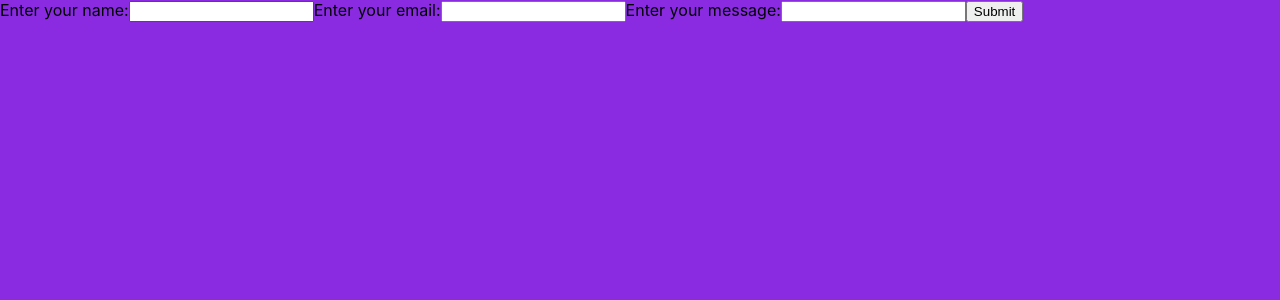
Repository: AddamVictorioDev/ProfileWebsite
Page: /form (app in con/)
These files come from the project's save history. The page is drawn as it stood at one moment and after the next save; the edit follows.
The browser window is 1280 px wide. The pictures show the whole page.
The project was rebuilt for these pictures with package versions that can differ from the ones it lists, and the page was loaded fresh each time. Also part of the build but not shown: con/src/App.css, con/src/home.css, con/src/home.js, con/src/addam.js, con/src/usescripts.js, con/src/projects.css, con/src/projects.js.

Above is the page before, as saved 2023-03-16 18:23:59.

### con/src/index.css
body {
  margin: 0;
  font-family: -apple-system, BlinkMacSystemFont, 'Segoe UI', 'Roboto', 'Oxygen',
    'Ubuntu', 'Cantarell', 'Fira Sans', 'Droid Sans', 'Helvetica Neue',
    sans-serif;
  -webkit-font-smoothing: antialiased;
  -moz-osx-font-smoothing: grayscale;
  /* background-image: url("/Users/addamvictorio/con/src/waterdropwallpp.jpg"); */
  /* background-color: #ffffff; */

}

code {
  font-family: source-code-pro, Menlo, Monaco, Consolas, 'Courier New',
    monospace;
}

### con/src/App.js
import logo from './logo.svg';
import './App.css';
import HomePage from './home';
import Addam from './addam';

import {
  BrowserRouter,
  Routes,
  Route
} from "react-router-dom";
import Projects from './projects';
import MyForm from './form';

function App() {

  return (

    <BrowserRouter>
      <Routes>


      <Route exact path="/" element={<Addam />}  />
      <Route path="projects" element={<Projects />} />
      <Route path="form" element={<MyForm />} />

      </Routes>


  </BrowserRouter>

  );
}

export default App;

### con/src/form.js
import { useState } from 'react';
import ReactDOM from 'react-dom/client';
import './form.css'

function MyForm() {
  const [inputs, setInputs] = useState({});

  const handleChange = (event) => {
    const name = event.target.name;
    const value = event.target.value;
    setInputs(values => ({...values, [name]: value}))
  }

  const handleSubmit = (event) => {
    event.preventDefault();
    alert(inputs);
  }

  return (
    <div className="container">
    <form onSubmit={handleSubmit}>
      <label>Enter your name:
      <input
        type="text"
        name="username"
        value={inputs.username || ""}
        onChange={handleChange}
      />
      </label>
      <label>Enter your email:
        <input
          type="text"
          name="age"
          value={inputs.age || ""}
          onChange={handleChange}
        />
        </label>
        <label>Enter your message:
      <input
        type="text"
        name="username"
        value={inputs.username || ""}
        onChange={handleChange}
      />
      </label>
        <input type="submit" />
    </form>
    </div>
  )
}

export default MyForm;

### con/src/addam.css
/* Grid Layout */
.home-page {
    display: flex;
    flex-direction: column;
    margin: 0;
    justify-content: center;

}

/* Typography */
.home-page h1 {

    flex: 1;

    text-align: center;
}

.cont {
   font-size: 40px;
  }


  .cont2 {
    font-size: 50px;

  }
.home-page p {
    font-size: 18px;
    line-height: 1.5;
    flex: 1;
    text-align: center;
    margin-bottom: 20px;
}

/* Color */
.home-page {
    background-color: #ffffff;
}

.home-page h1 {
    color: #333;
}
.container{
 flex: 1;
}

.home-page a {
    color: #ff5722;
    font-size:xx-large;

}
.home-page a:hover {
    background-color: #121212;
  }
button h2:hover{
    color: #ff5722;
}
/* Images and Videos */
.home-page .featured-image {
    flex: 1;
    max-width: 100%;
    height: auto;
}

/* Animation */
.home-page .featured-product {
    animation: fade-in 1s ease;
}
button{
    background-color: #ffffff;
    border: none;
}
hr {
    height:1px;
    border-width:0;
    background-color:#121212;
  }
@keyframes fade-in {
    from {
        opacity: 0;
    }
    to {
        opacity: 1;
    }
}
.desktop {
    flex: 1;

}
.mobile {
    flex: 1;
    justify-content: center;
    align-items:end;

}

.desktop h1{
    font-size: 50px;
    font-weight: 700;
}
.mobile h1{
    font-size: 40px;
    font-weight: 600;
    margin: 0;
}
.home-page h2{
    font-weight: 600;
    margin: 0;
}
footer {
    grid-area: footer;
    /* Add styles for the footer */
}
/* Whitespace */
.home-page {
    margin: 0 auto;
}

/* Navigation */
header {


}
nav {



    justify-content: space-evenly;
}
nav a {
    font-size: 18px;
    text-decoration: none;
    color: #333;



}

/* Hero section */
.hero {
    width: 100%;
    height: 300px;
    background-image: url(https://img.freepik.com/free-vector/flat-design-white-house-front-view-trademark_23-2148845491.jpg?w=2000);
    background-size: cover;
    background-position: center;
}

### con/src/form.css
body{
    background-color: blueviolet;
}
.container{
    display: flex;
    flex-direction: column;
    margin: 0;
    justify-content: center;
}
form{
    justify-content: center;
    align-items:center;
}

Loaded but not shown: con/public/index.html (common file); con/src/index.js (common file); con/src/reportWebVitals.js (common file)

After the next save:
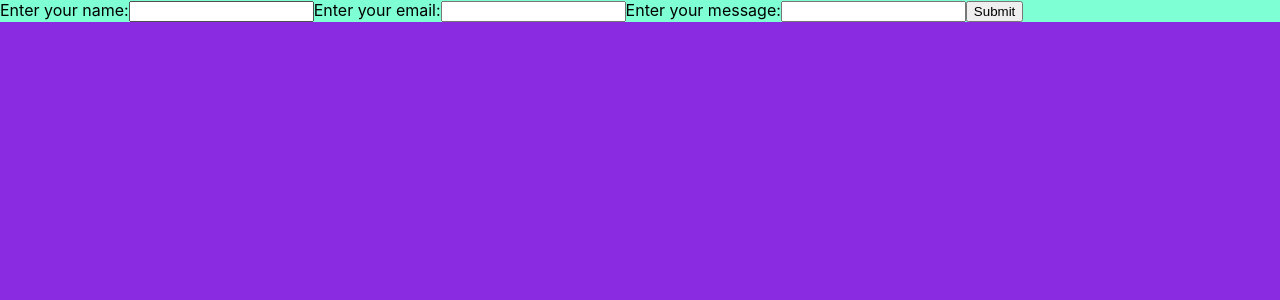
Saved 11 s later.
--- a/con/src/form.css
+++ b/con/src/form.css
@@ -6,6 +6,7 @@ body{
     flex-direction: column;
     margin: 0;
     justify-content: center;
+    background-color: aquamarine;
 }
 form{
     justify-content: center;
